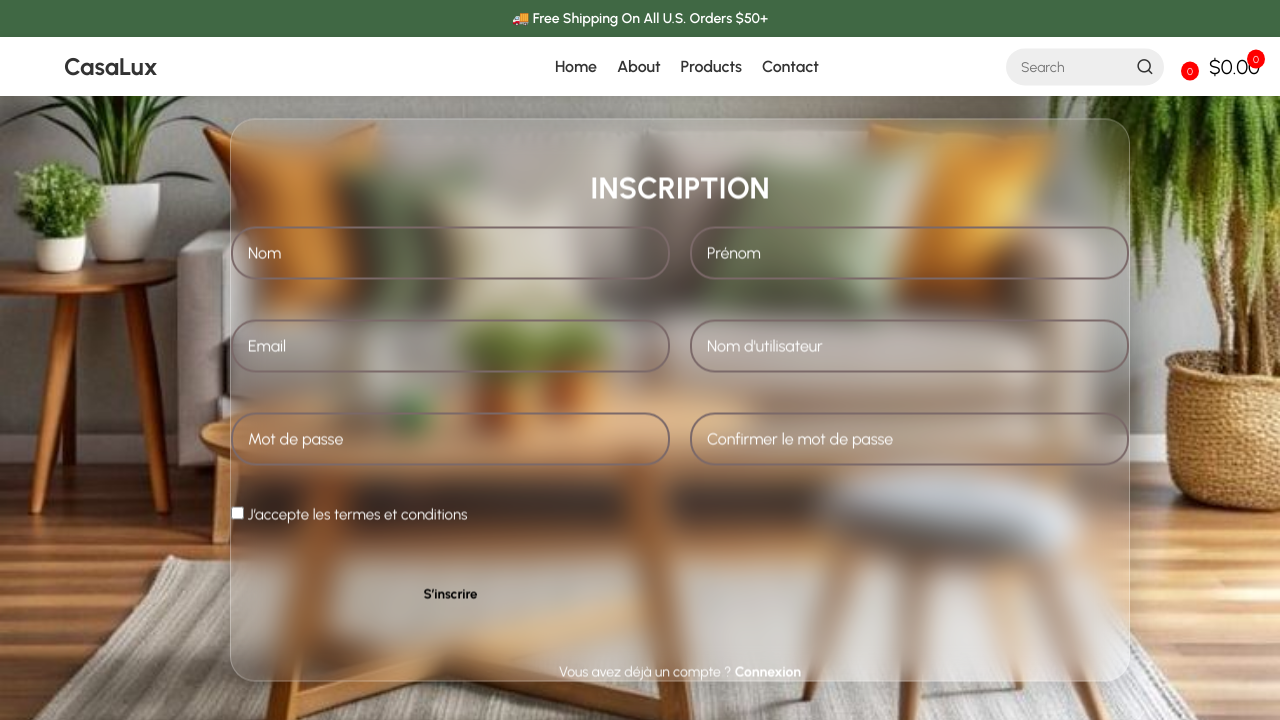
Repository: doua184/CasaLux
Page: inscription.html
These files come from the project's save history. The page is drawn as it stood at one moment and after a run of saves; the edit follows.
The browser window is 1280 px wide. The pictures show the whole page.
Some icons come from a web library that is not loaded, so they are not drawn. Some web libraries are served in a nearby version.

Above is the page before, as saved 2025-04-05 19:15:49.

After the next 2 saves:
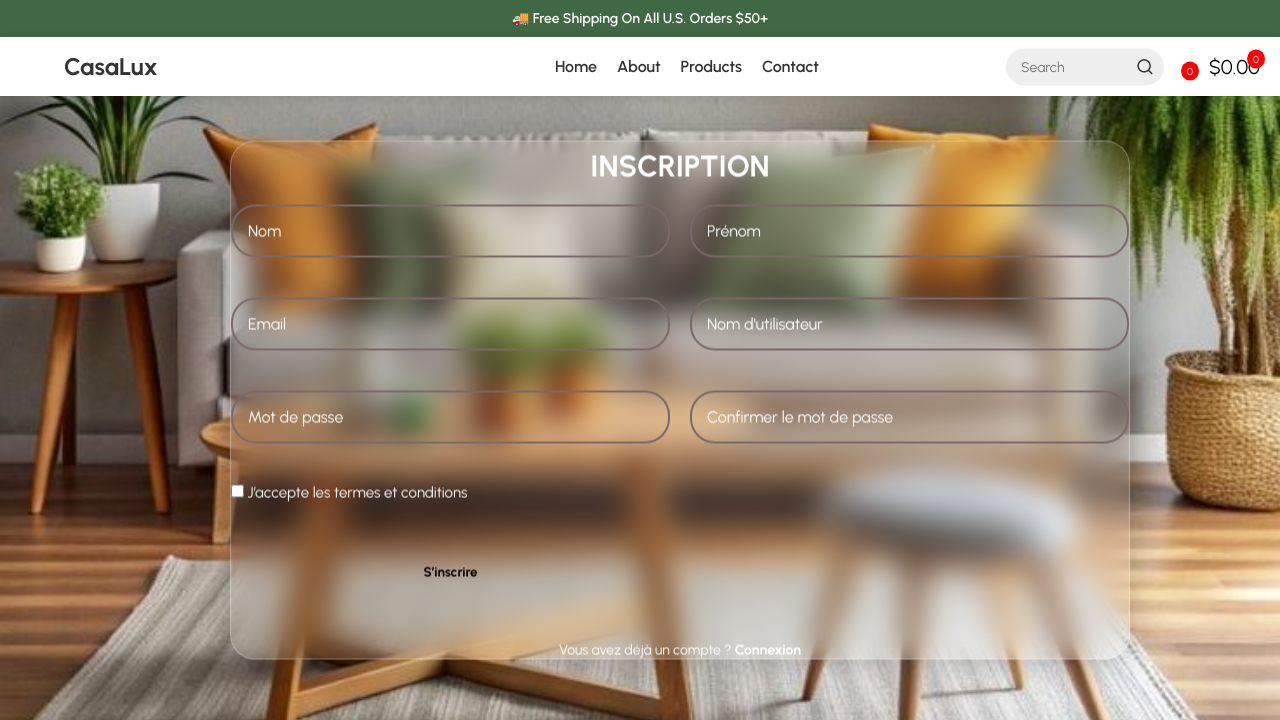
The 2 saves are shown as one change because they came seconds apart.
The last was saved 12 s later.
--- a/inscription.css
+++ b/inscription.css
@@ -118,7 +118,7 @@ section {
     background-color: rgba(255, 255, 255, 0.08);
     border: 1.5px solid rgba(255, 255, 255, 0.3);
     backdrop-filter: blur(15px);
-    padding-top: 50px;
+    padding-top: 6px;
     max-width: 900px;
     width: 95%;
     border-radius: 25px;
